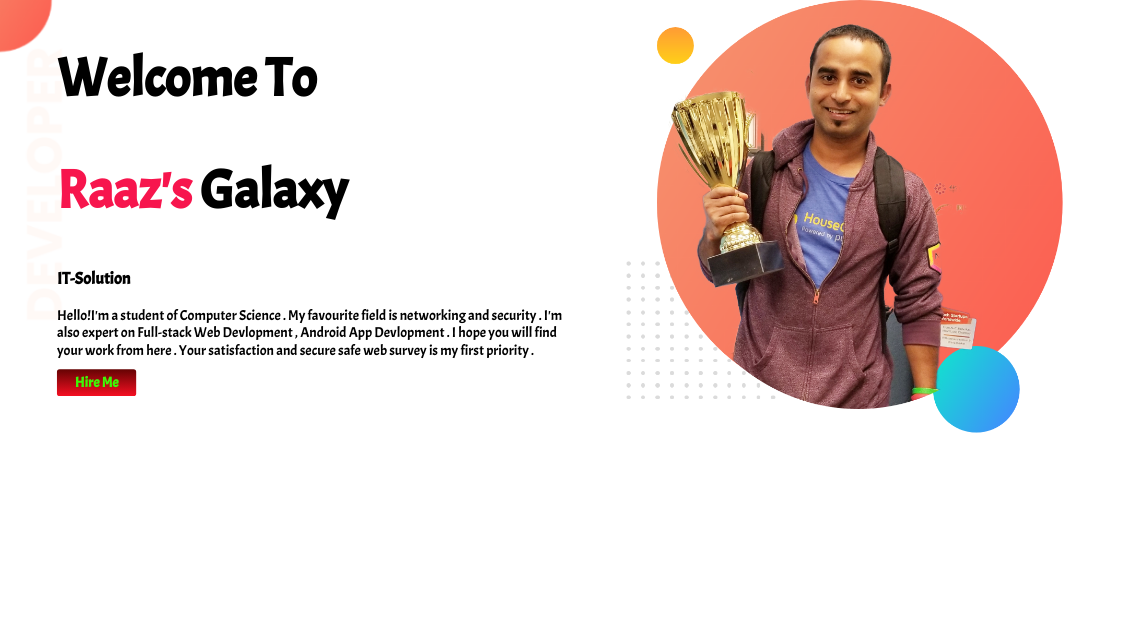
Repository: ramizraaz/my-portfolio
Page: about.html
The author's editor kept a copy of each file at every save. The page is drawn from the files as they stood at one save, then again after the next save.
The browser window is 1280 px wide. The pictures show the whole page, at 89% of full size.

Above is the page before, as saved 2022-01-13 19:01:59.

After the next save:
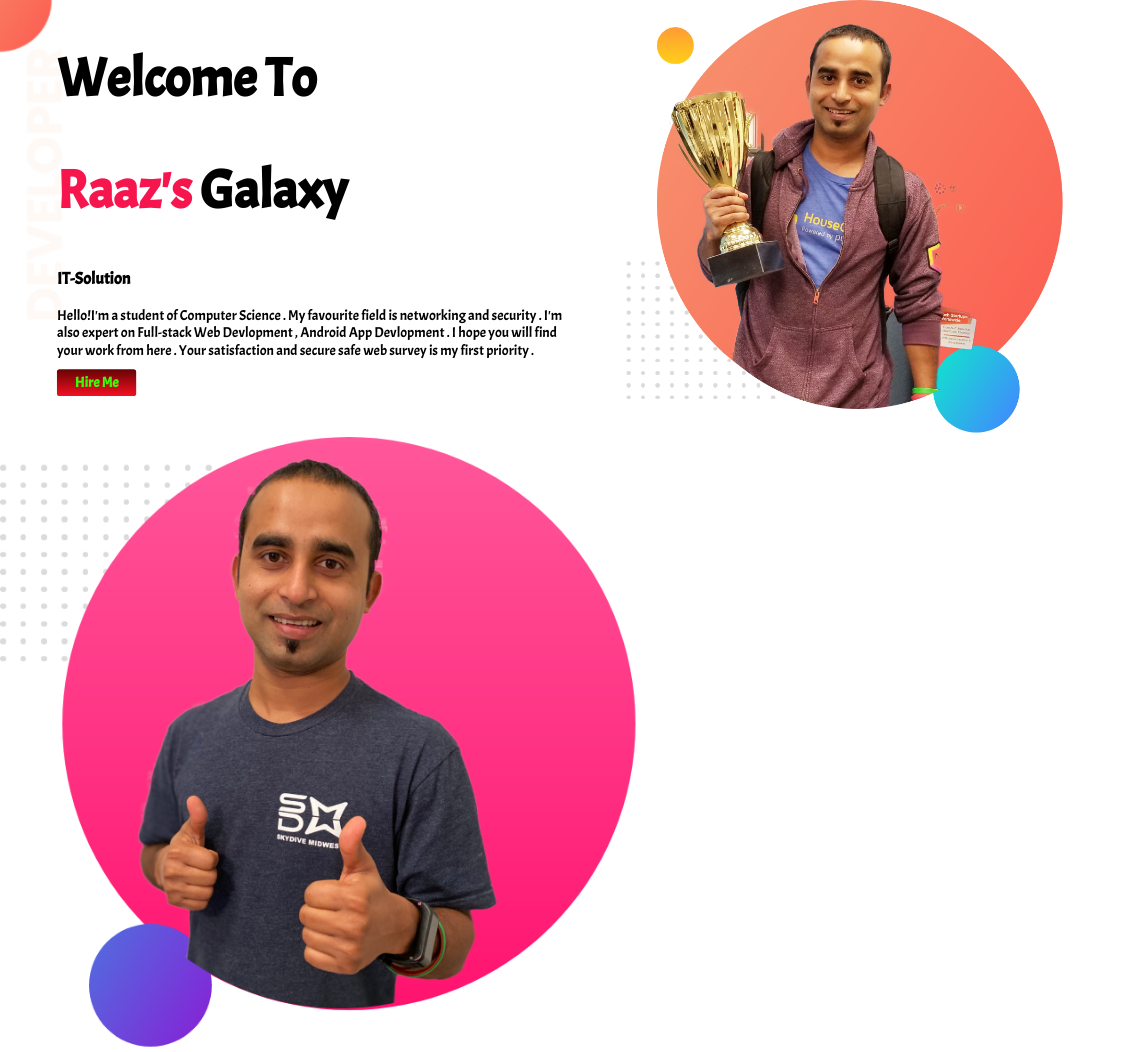
Saved 6 min 13 s later.
--- a/about.html
+++ b/about.html
@@ -26,6 +26,12 @@
             <img src="images/jhankar.png" alt="Personal Profile">
         </div>
     </section>
+    <section class="middle">
+        <div>
+            <img src="images/jhankar2.png" alt="">
+        </div>
+        <div></div>
+    </section>
 </body>
 
 </html>
